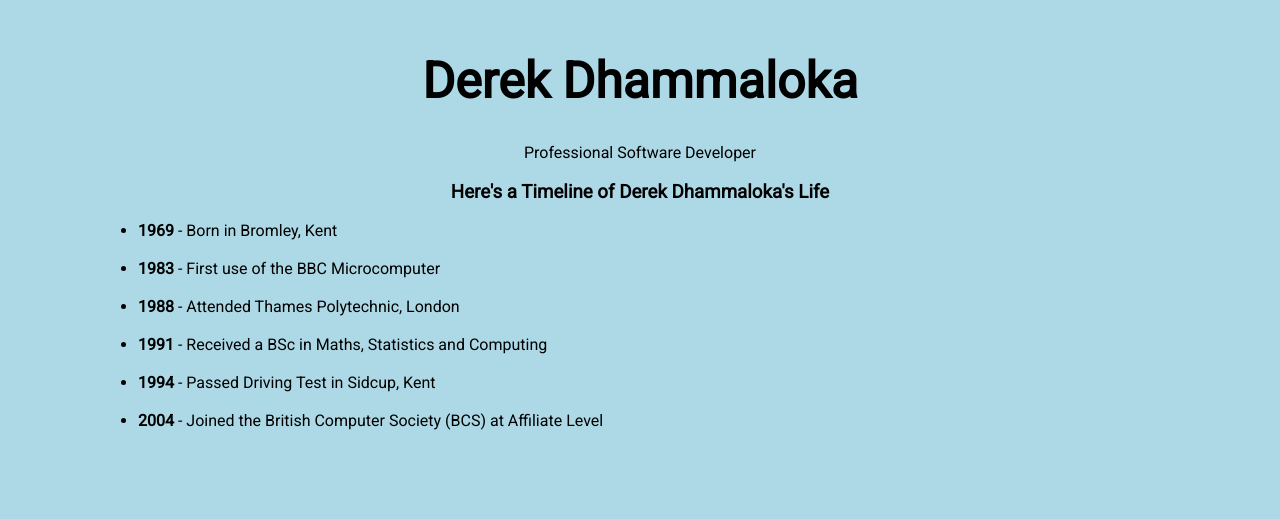
Repository: derektypist/tribute-page
Page: index.html
The author's editor kept a record of every edit. The page is drawn from the files as they stood at one moment, then again after the next edit.
The browser window is 1280 px wide. The pictures show the whole page.

Above is the page before.

After the next edit:
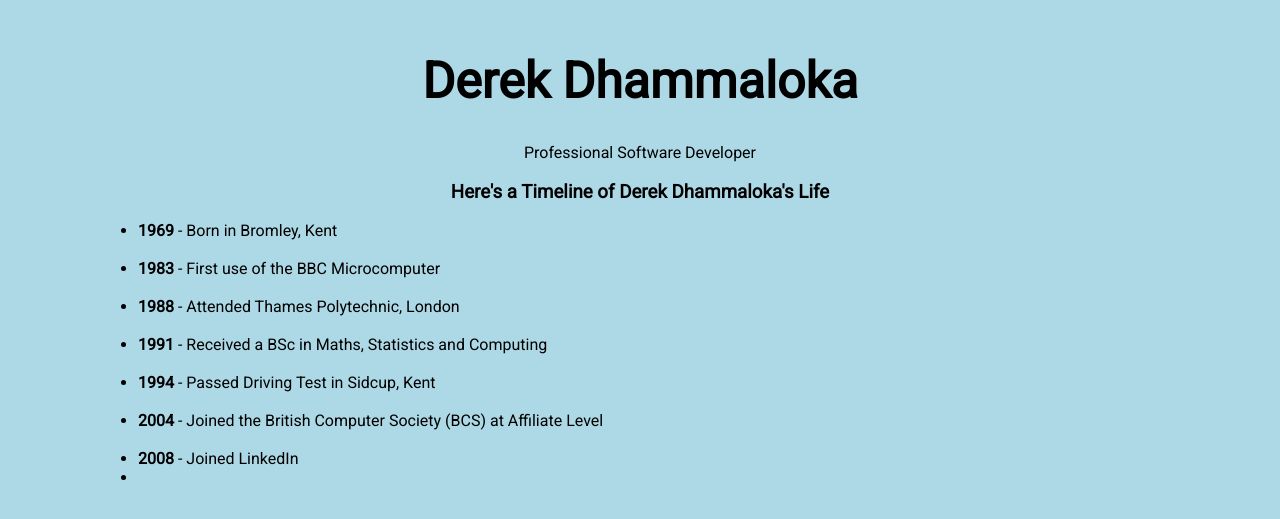
The edit:
--- a/index.html
+++ b/index.html
@@ -74,6 +74,9 @@
                 <br>
                 <li><strong>2004 </strong>- Joined the British Computer Society (BCS) at Affiliate Level</li>
                 <br>
+                <li><strong>2008 </strong>- Joined LinkedIn</li>
+                <li></li>
+                <br>
             </ul>
         </section>
     </main>
